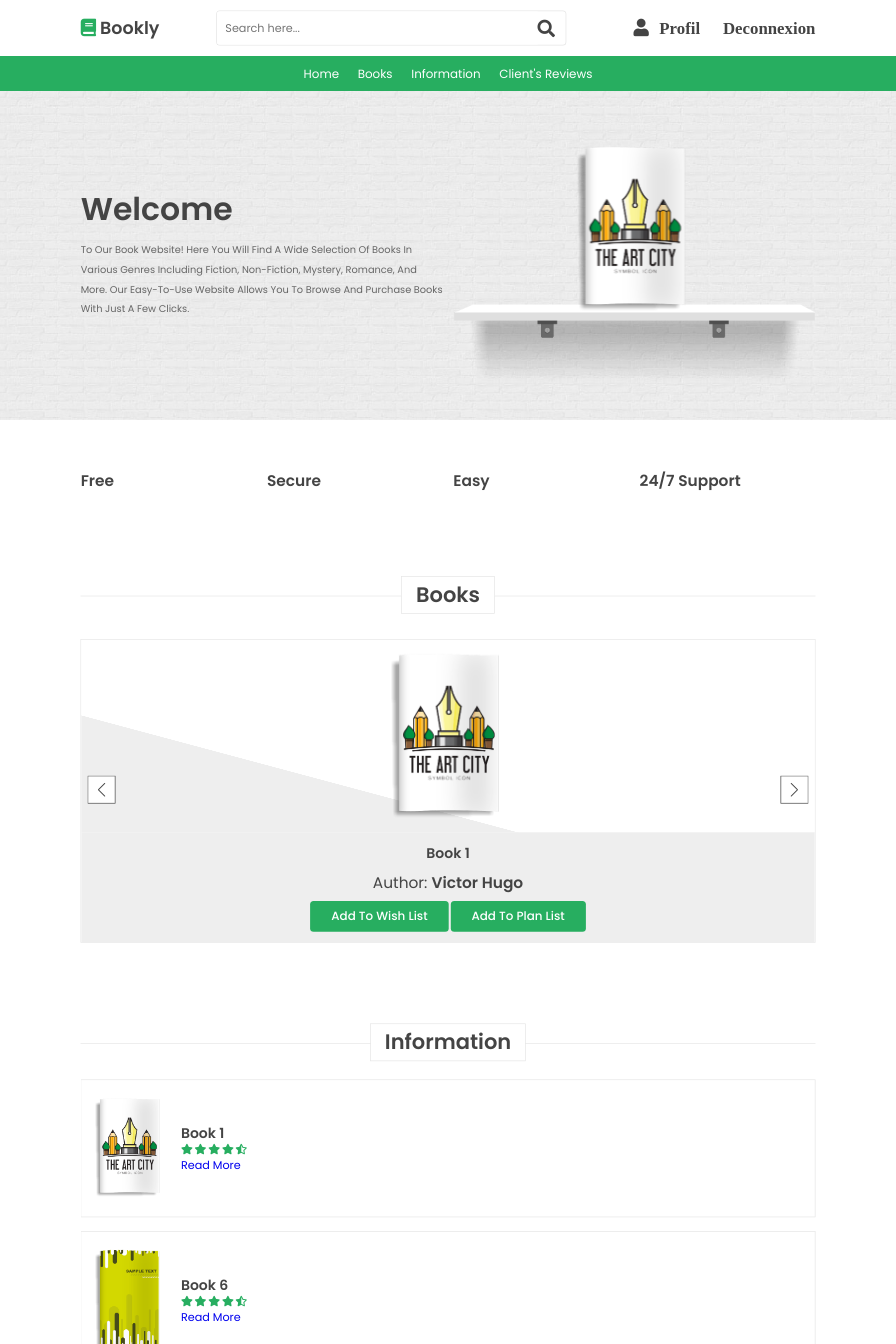
Repository: souhailaniba/Bookly
Page: public/assets/books webstie/index2.html
The author's editor kept a copy of each file at every save. The page is drawn from the files as they stood at one save, then again after the next save.
The browser window is 1280 px wide. The pictures show the part of the page from y = 0 to 1920 px (the page is 2917 px tall before and 3055 px after), at 70% of full size.

Above is the page before, as saved 2023-01-27 16:34:28.
Console error: ReferenceError: Swiper is not defined

After the next save:
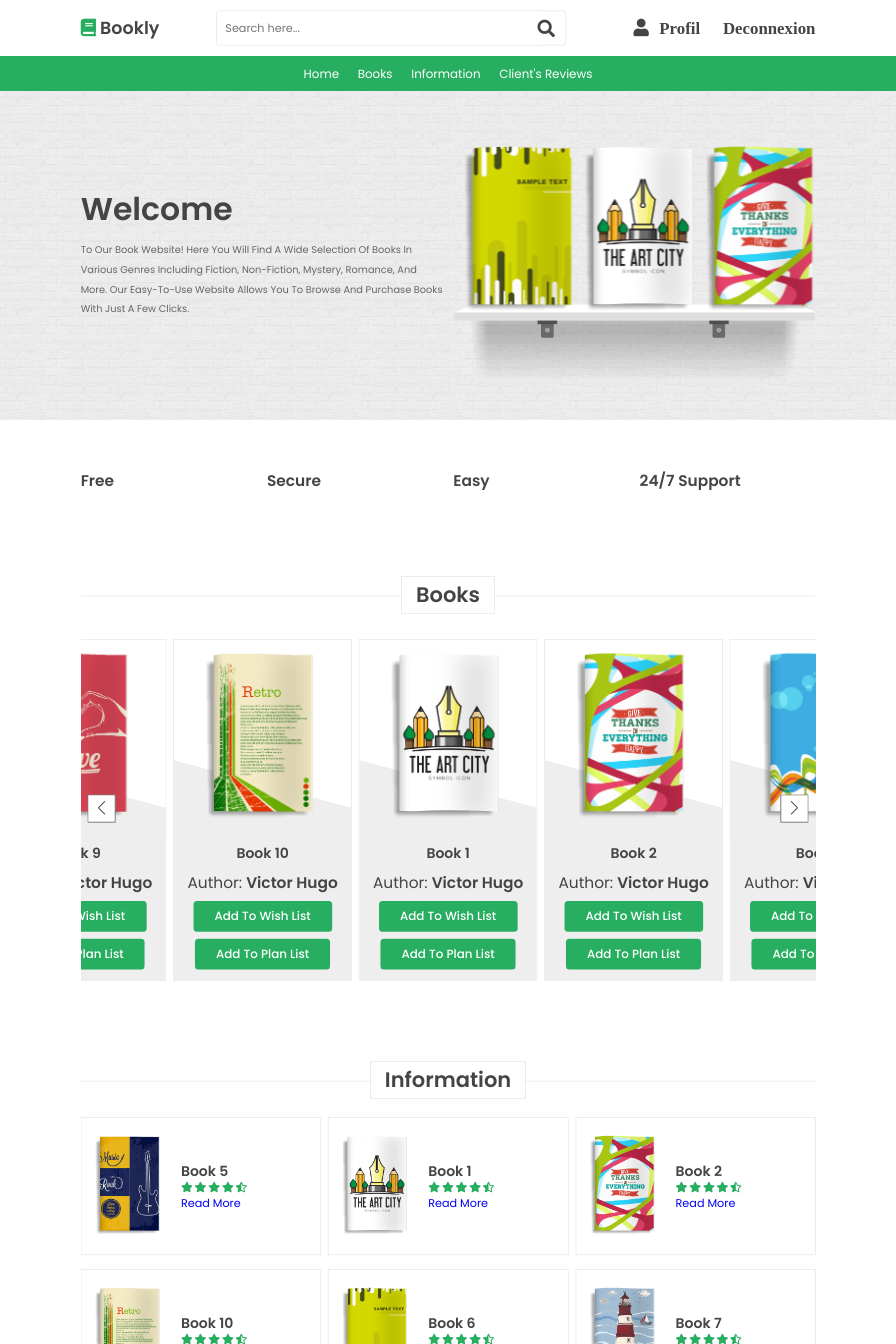
The error is gone.
Saved 14 s later.
--- a/public/assets/books webstie/index2.html
+++ b/public/assets/books webstie/index2.html
@@ -627,6 +627,7 @@
 
 
 
+<script src="https://unpkg.com/swiper@7/swiper-bundle.min.js"></script>
 
 <!-- custom js file link  -->
 <script src="js/script.js"></script>
